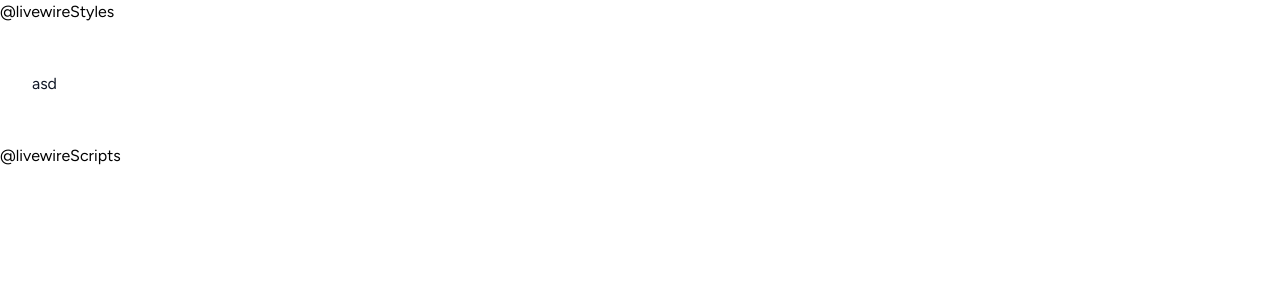
Repository: armendzz/safepass
Page: http://localhost/
The author's editor kept a copy of each file at every save. The page is drawn from the files as they stood at one save, then again after the next save.
The browser window is 1280 px wide. The pictures show the whole page.
The page is served by the project's Laravel application, run on PHP 8.4 with Laravel 12. Style sheets and scripts are compiled from the project's sources, by tool versions that may differ from the author's.

Above is the page before, as saved 2024-11-05 16:41:01.

After the next save:
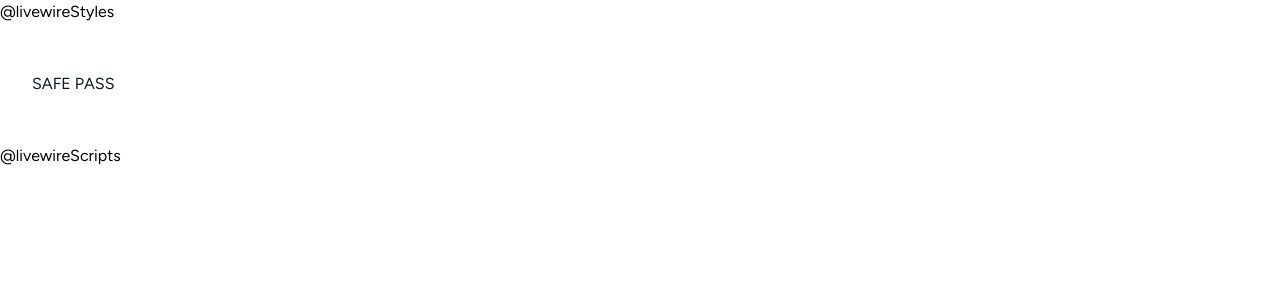
Saved 8 s later.
--- a/resources/views/home.blade.php
+++ b/resources/views/home.blade.php
@@ -7,7 +7,7 @@
 
     <div class="py-12">
         <div class="max-w-7xl mx-auto sm:px-6 lg:px-8">
-           asd
+           <h1>SAFE PASS</h1>
         </div>
     </div>
 </x-guest-layout>
